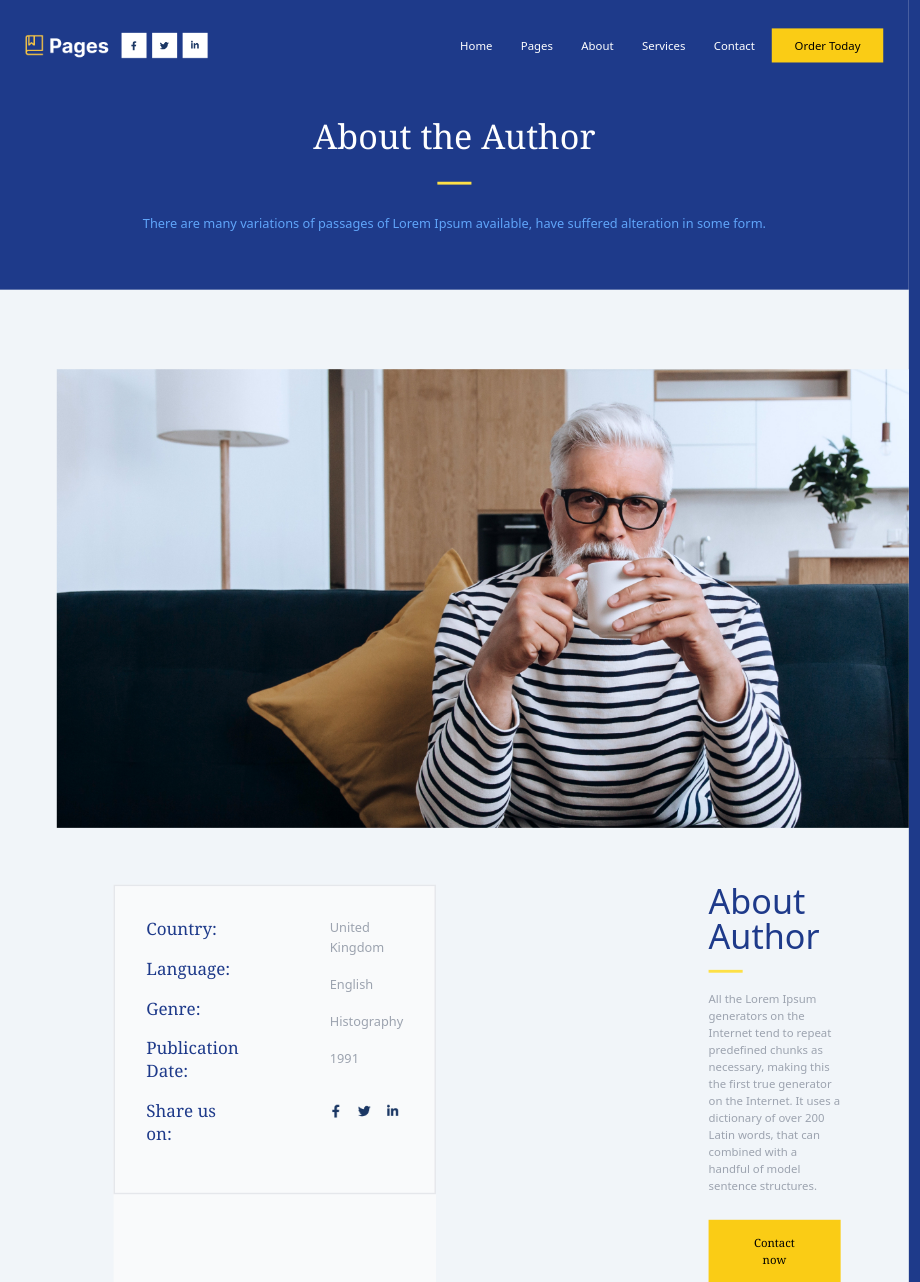
Repository: Godnorg/Class3
Page: index.html
These files come from the project's save history. The page is drawn as it stood at one moment and after the next save; the edit follows.
The browser window is 1280 px wide. The page is 1280 px wide, then 1296 px, then 1280 px, so the pictures cover 1296 px, including what lies to the right of the window. The pictures show the whole page, at 71% of full size.
Some web libraries are served in a nearby version.

Above is the page before, as saved 2023-02-20 03:18:43.

After the next save:
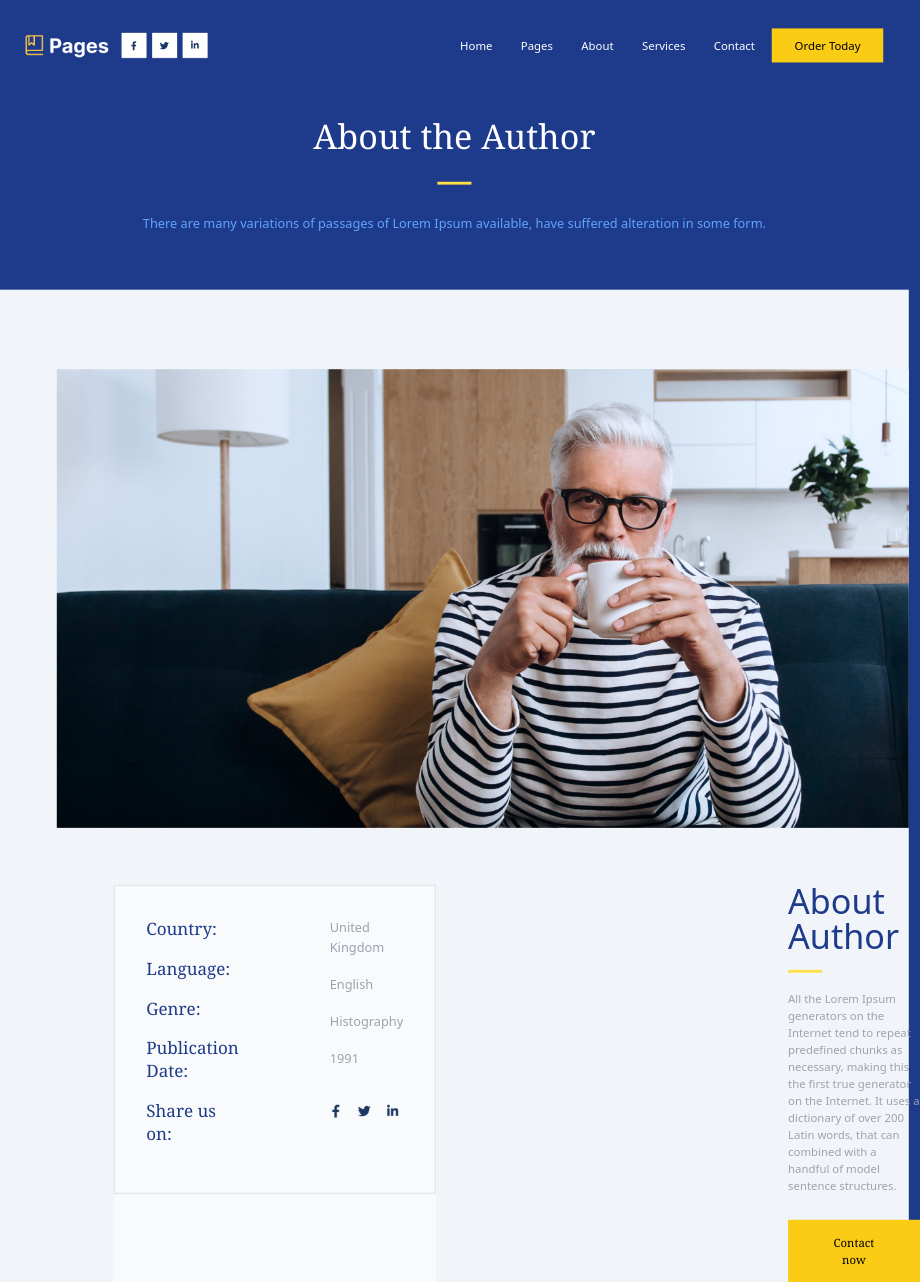
Saved 22 s later.
--- a/index.html
+++ b/index.html
@@ -55,7 +55,7 @@
                 </div>
             </div>
         </div>
-        <div class="ml-">
+        <div class="ml-28">
           <h1 class="text-5xl text-blue-900 ">About Author</h1>
           <div class="w-12 h-1 my-6 bg-yellow-300"></div>
           <p class="text-gray-400">All the Lorem Ipsum generators on the Internet tend to repeat predefined chunks as necessary, making this the first true generator on the Internet. It uses a dictionary of over 200 Latin words, that can combined with a handful of model sentence structures.</p>

After the save that followed:
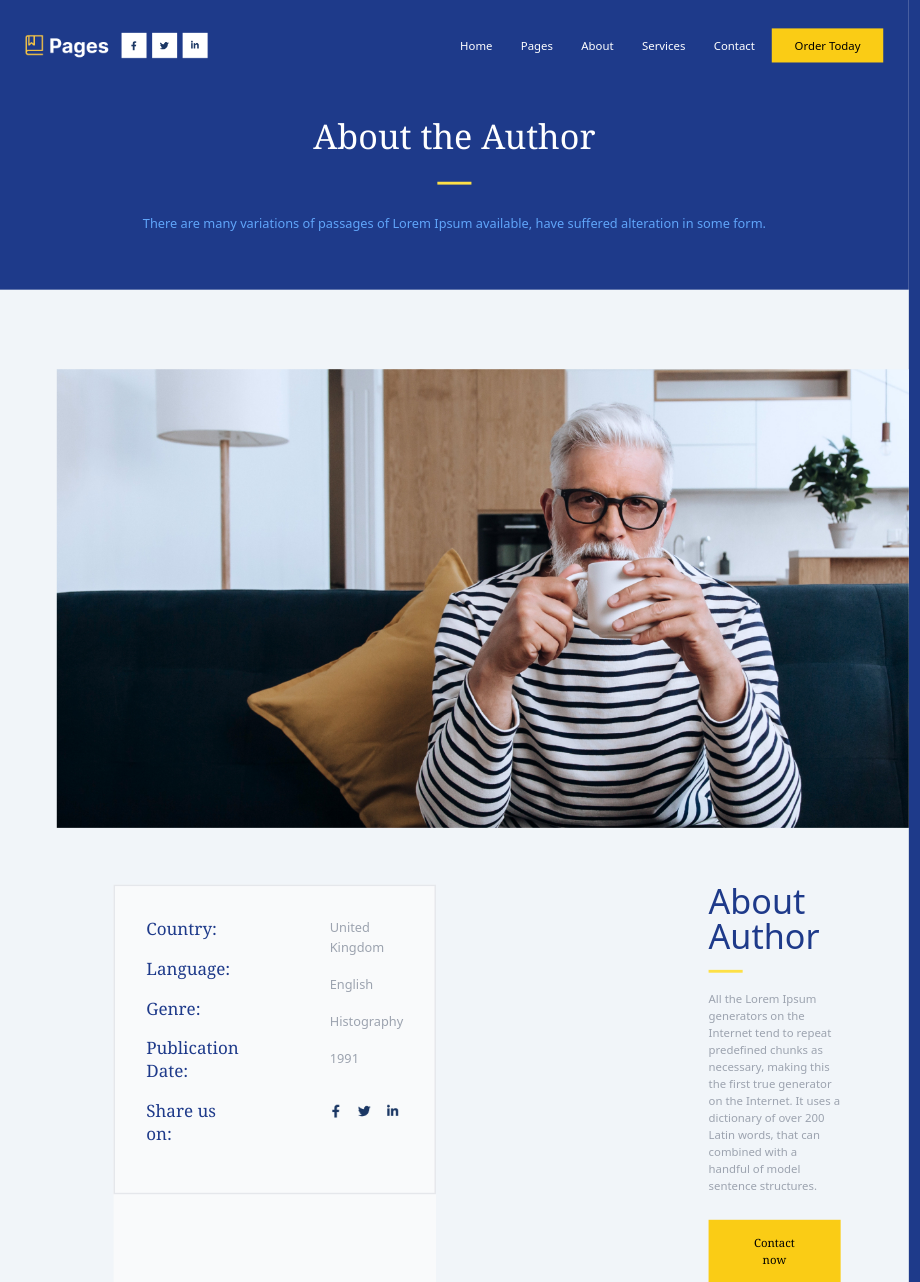
Saved 12 s later.
--- a/index.html
+++ b/index.html
@@ -55,7 +55,7 @@
                 </div>
             </div>
         </div>
-        <div class="ml-28">
+        <div class="ml-0">
           <h1 class="text-5xl text-blue-900 ">About Author</h1>
           <div class="w-12 h-1 my-6 bg-yellow-300"></div>
           <p class="text-gray-400">All the Lorem Ipsum generators on the Internet tend to repeat predefined chunks as necessary, making this the first true generator on the Internet. It uses a dictionary of over 200 Latin words, that can combined with a handful of model sentence structures.</p>
